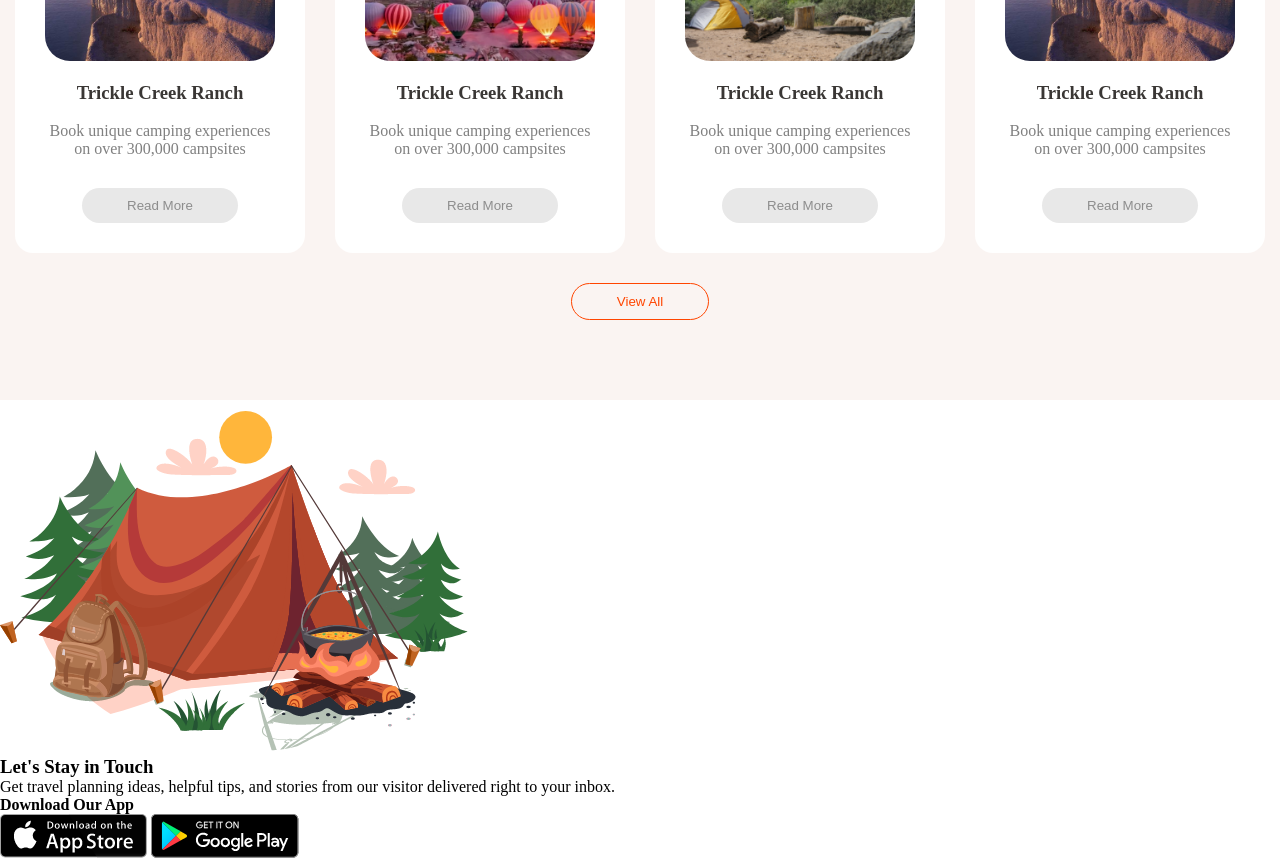
Repository: giahuy405/BC38_Camping_Pham_Gia_Huy
Page: index.html
These files come from the project's save history. The page is drawn as it stood at one moment and after the next save; the edit follows.
The browser window is 1280 px wide. The pictures show the part of the page from y = 1035 to 1987 px (the page is 1897 px tall before and 1987 px after).

Above is the page before, as saved 2022-09-13 19:27:16.

After the next save:
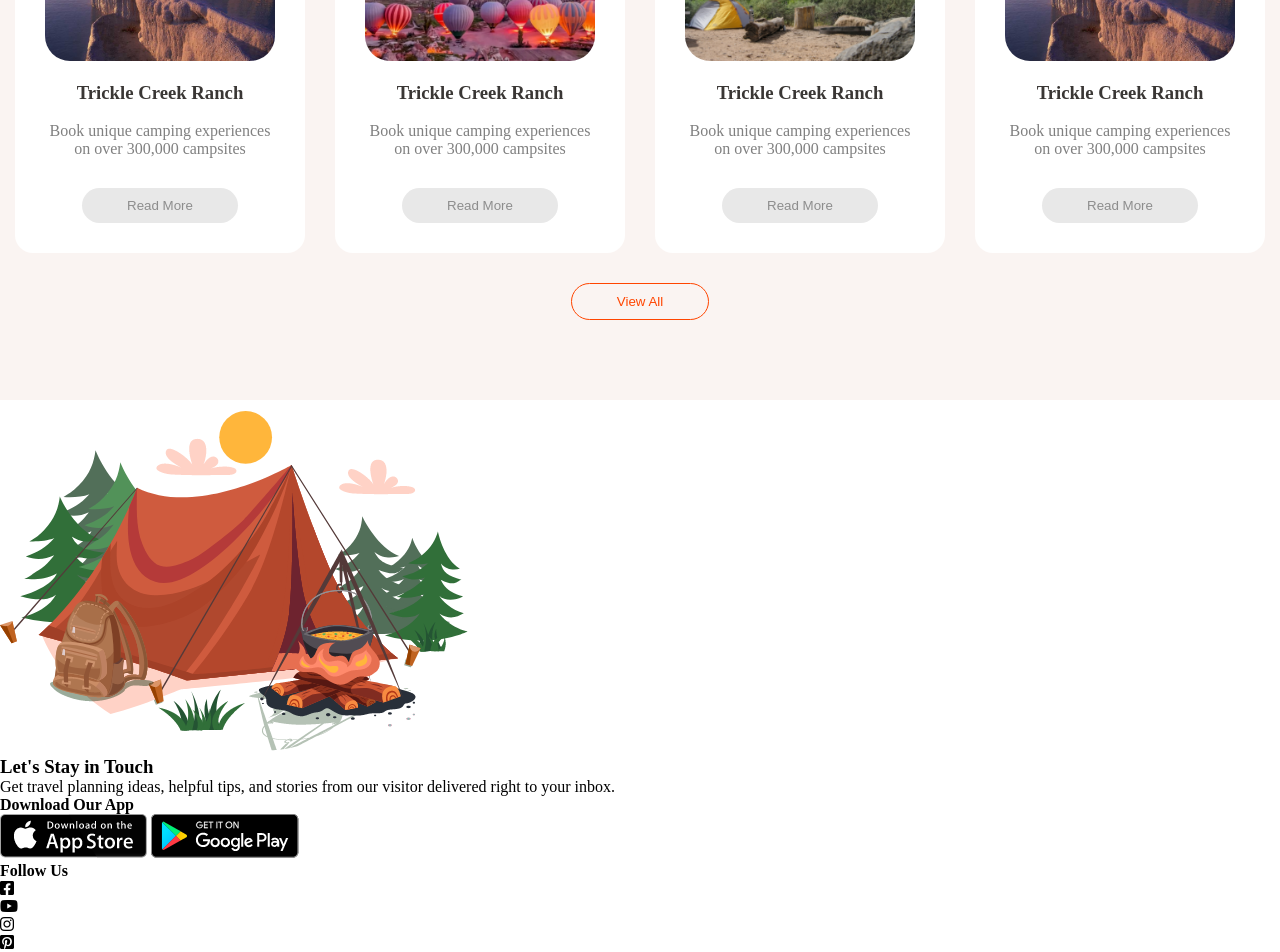
Saved 81 s later.
--- a/index.html
+++ b/index.html
@@ -89,7 +89,15 @@
                 <img src="./img/download-on-the-app-store-apple-1.png" alt="">
                 <img src="./img/google-play-badge-1.png" alt="">
             </div>
-            <div class="content__item"></div>
+            <div class="content__item">
+                <h4>Follow Us</h4>
+                <ul>
+                    <li><i class="fab fa-facebook-square"></i></li>
+                    <li><i class="fab fa-youtube"></i></li>
+                    <li><i class="fab fa-instagram"></i></li>
+                    <li><i class="fab fa-pinterest-square"></i></li>
+                </ul>
+            </div>
         </div>
     </div>
 </body>
